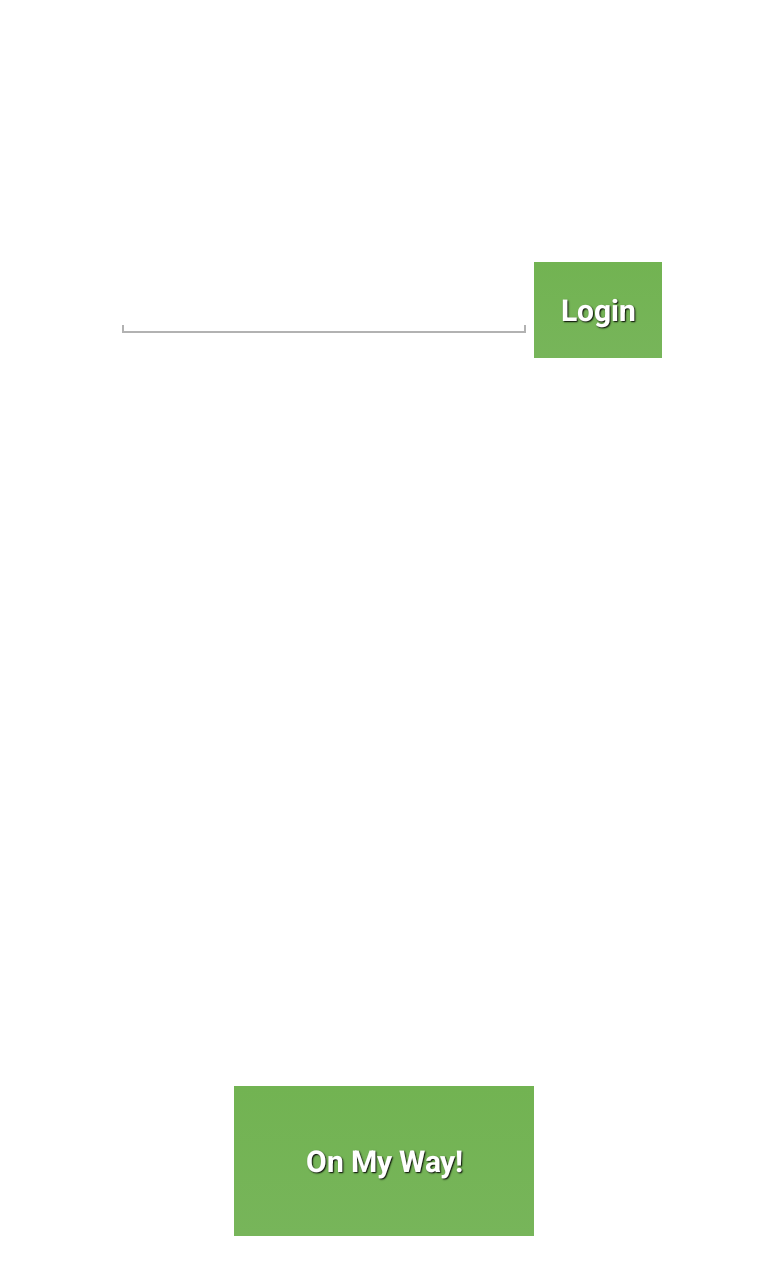
Repository: kenzshi/ViaSatHackathon
Layout: OnMyWay/res/layout/activity_main.xml
An editor plug-in stored every save of this project. The layout is shown before and after the next save, followed by the edit.
It is drawn on a 768 x 1280 px phone screen (xhdpi) without system bars, with theme AppTheme; the app's code is not run.

Above is the layout before, as saved 2013-07-25 03:32:38.

After the next save:
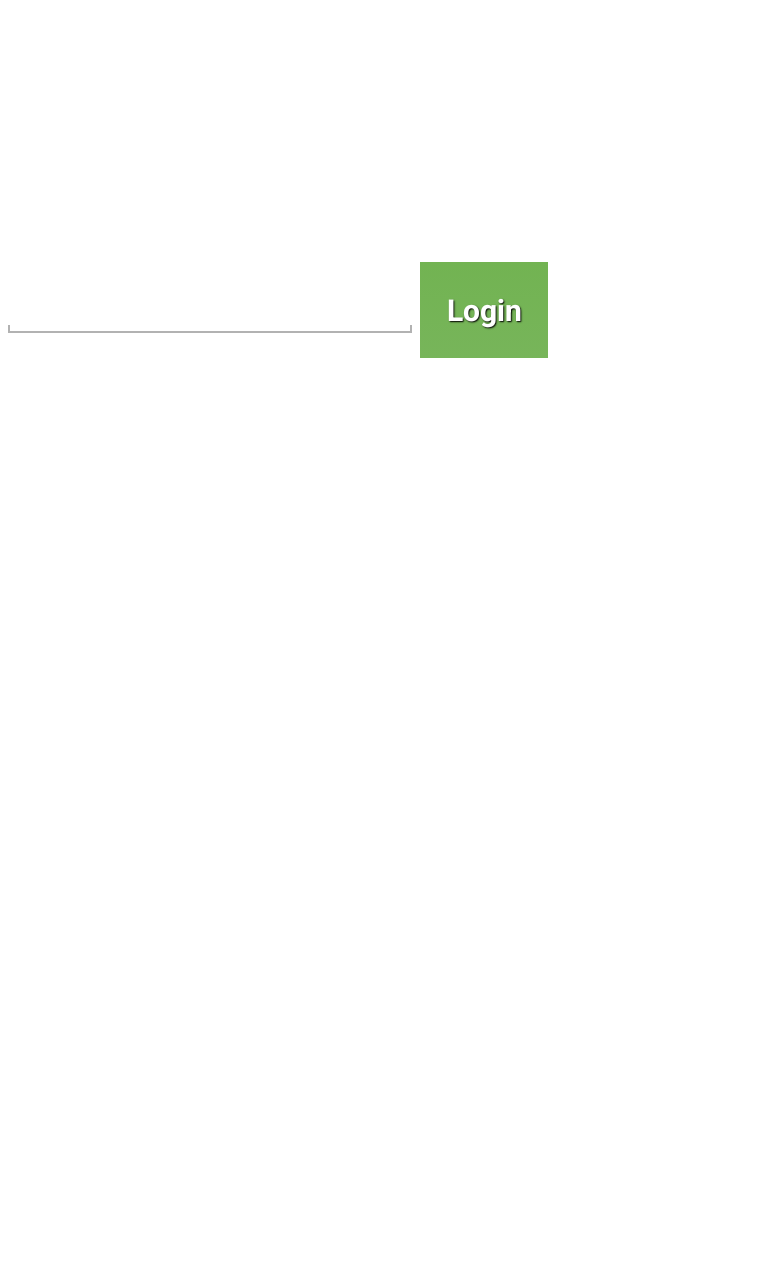
Saved 4 s later.
--- a/OnMyWay/res/layout/activity_main.xml
+++ b/OnMyWay/res/layout/activity_main.xml
@@ -3,17 +3,6 @@
     android:layout_width="match_parent"
     android:layout_height="match_parent"
     android:orientation="horizontal" >
-
-    <Button
-        android:id="@+id/button1"
-        style="@style/btn"
-        android:layout_width="150dp"
-        android:layout_height="75dp"
-        android:layout_alignParentBottom="true"
-        android:layout_centerHorizontal="true"
-        android:layout_marginBottom="22dp"
-        android:onClick="sendMessage"
-        android:text="@string/button_send" />
 
     <EditText
         android:id="@+id/login_name"
